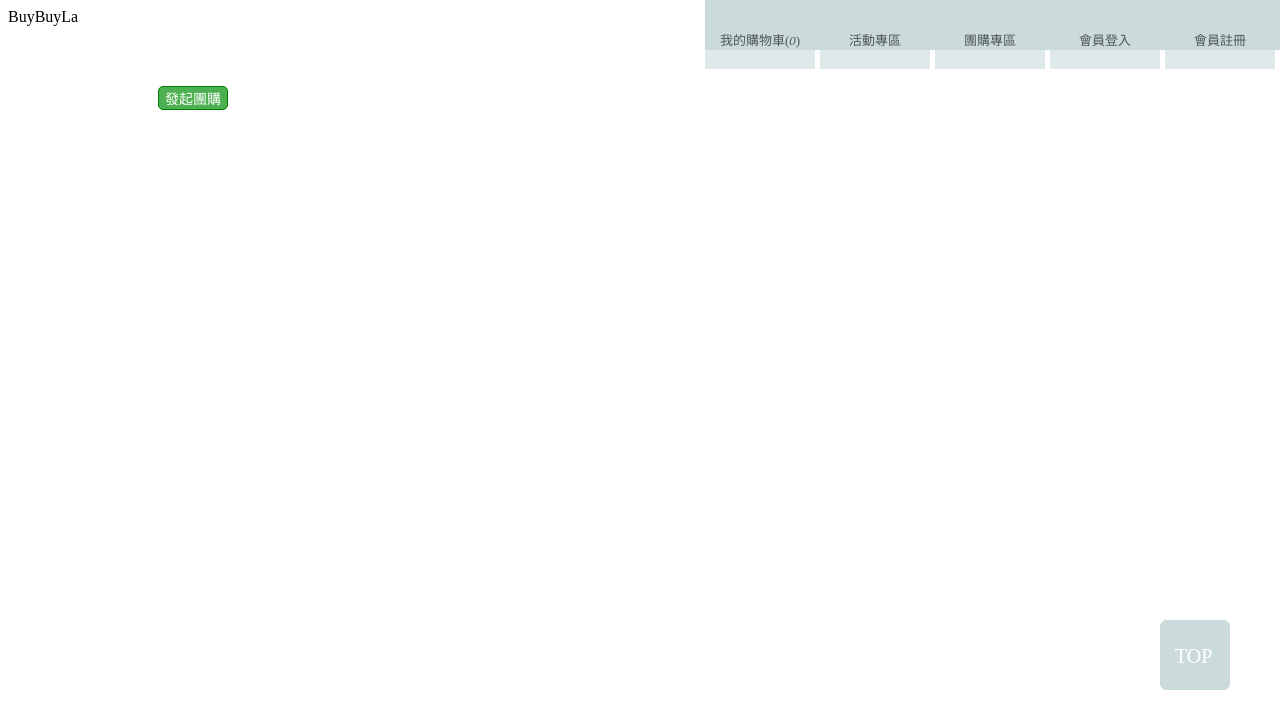
Repository: irlmpbfhvf2009/2021-09-17-Pro2-MVC
Page: http://localhost/Hw2Test/src/main/WebContent/Intelligence32.jsp
These files come from the project's save history. The page is drawn as it stood at one moment and after the next save; the edit follows.
The browser window is 1280 px wide. The pictures show the whole page.
The page is served by Tomcat 9. Queries for data that is not in the repository find no rows.

Above is the page before, as saved 2021-09-16 17:28:22.

After the next save:
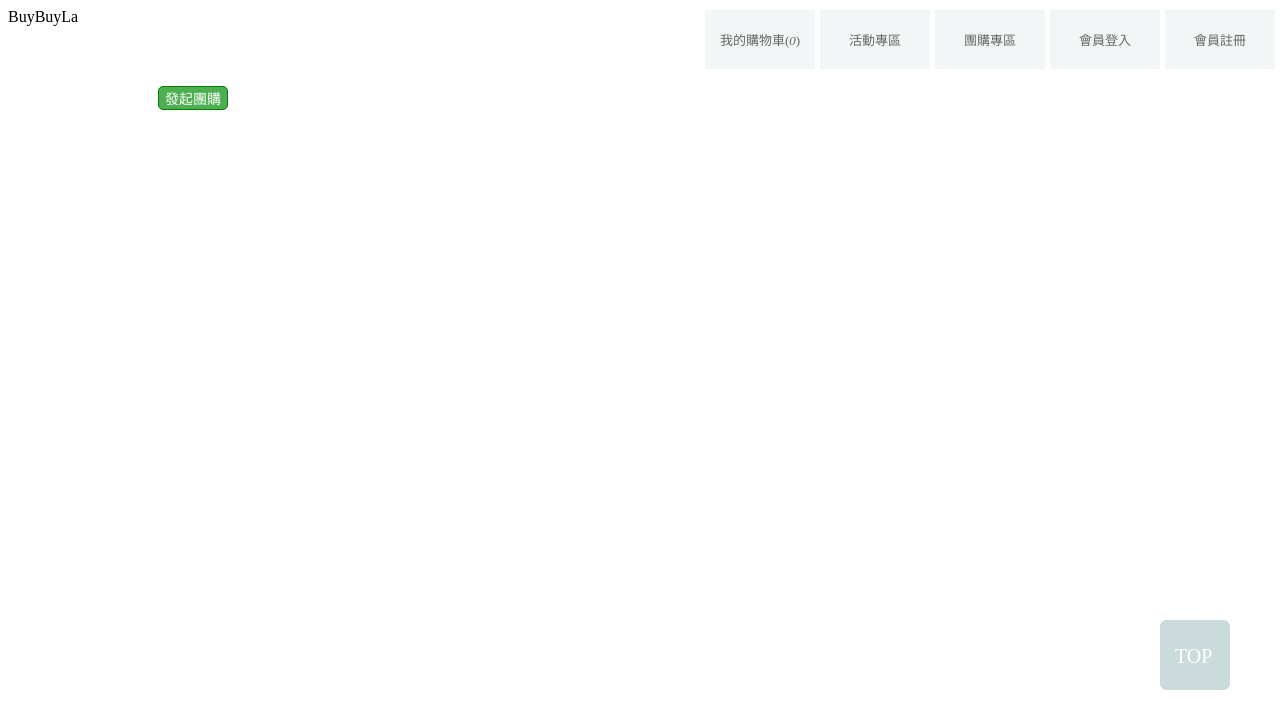
Saved 18 s later.
--- a/Hw2Test/src/main/WebContent/style.css
+++ b/Hw2Test/src/main/WebContent/style.css
@@ -9,24 +9,7 @@
 	font-size: 14px;
 	cursor: pointer;
 	}
-nav{
-	background-color: rgb(203, 218, 218);
-	background: rgb(203, 218, 218);
-	height:50px;
-	margin:0 auto;
-	padding:0 auto;
-	}
-nav a {color: black;
-	text-decoration: none;
-	display: inline-block;
-	padding: 6px 20px;
-	font-size: 26px;
-	background: rgb(203, 218, 218);
-	transition: 0.5s;
-	}
-	nav a img{
-		width:85px;
-	}
+
 nav a:hover {
 	background: rgb(203, 218, 218);
 	}
